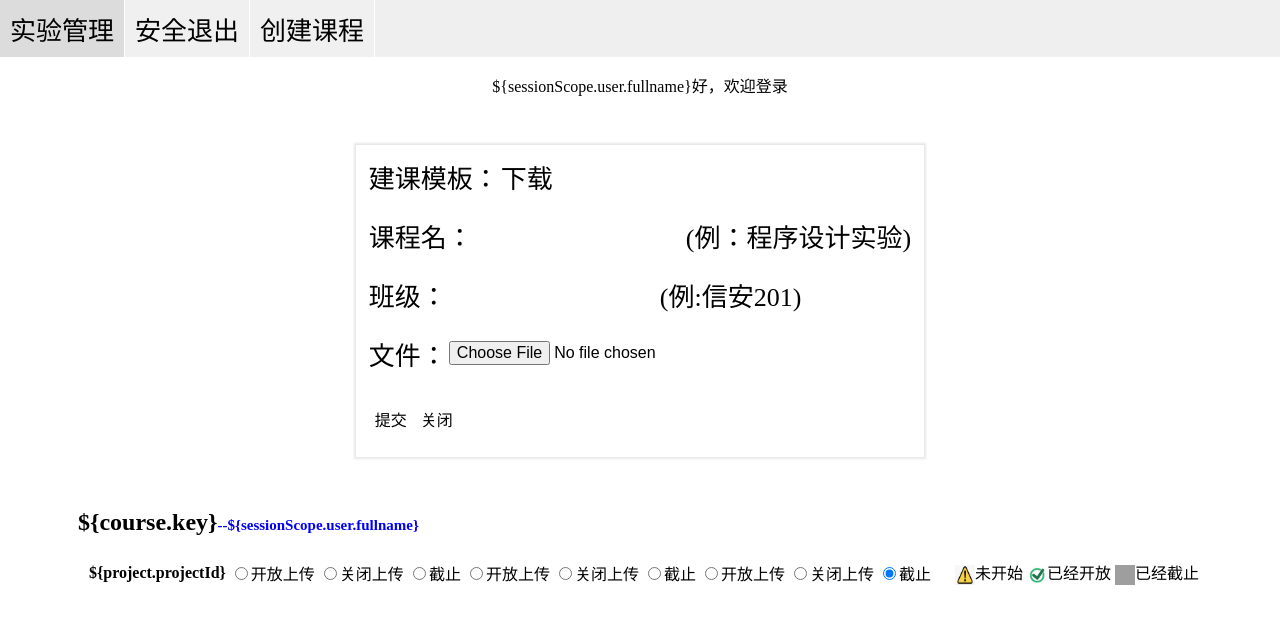
Repository: IAmJiangWenHao/ReportServer
Page: web/demo.html
The author's editor kept a copy of each file at every save. The page is drawn from the files as they stood at one save, then again after the next save.
The browser window is 1280 px wide. The pictures show the whole page.
After loading, the first visible `div[onclick="createCourse()"]` was clicked once.
Pictures or frames that could not be fetched are drawn as grey boxes.

Above is the page before, as saved 2023-05-19 18:25:05.
Console error: ReferenceError: requests is not defined

After the next save:
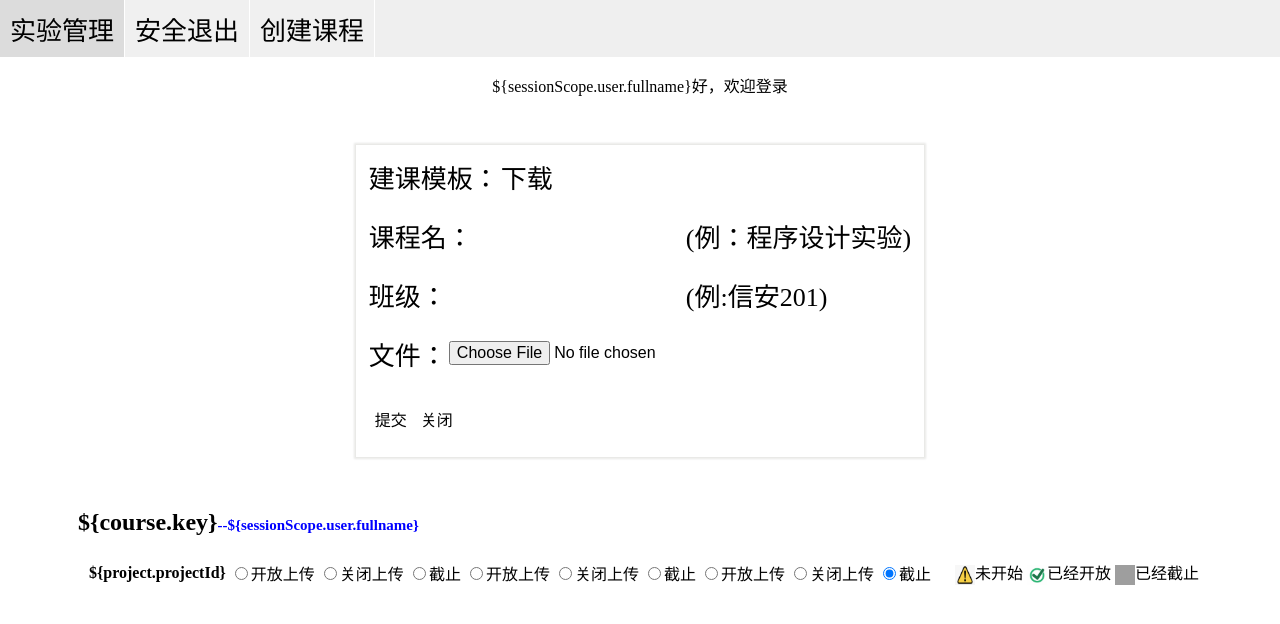
Saved 98 s later.
--- a/web/demo.html
+++ b/web/demo.html
@@ -239,7 +239,7 @@
 
       function createCourse() {
         var createCell = document.getElementById("createCourse");
-        createCell.innerHTML = "<form action=\"../uploadCourseServlet\" enctype=\"multipart/form-data\" method=\"post\" name=\"form1\" onSubmit=\"return Check()\"><table></tr><tr> <td>建课模板：</td><td><a style=\"text-decoration:none;color:black;\" href=\"实验课模板.xlsx\">下载</a></td></tr><tr><td>课程名：</td><td><input style=\" font-size:16px\" type=\"text\" name=\"courseName\" size=\"20\"/>(例：程序设计实验)</td></tr><tr><td>班级：</td><td><input style=\" font-size:16px\" type=\"text\" name=\"className\" size=\"20\"/>(例:信安201)</td></tr><tr> <td>文件：</td><td><input style=\" font-size:16px\" type=\"file\" name=\"file\" size=\"40\" id=\"fup\" onchange=\'fileChange(this,\".xlsx\");\'/></td><tr><td style=\"height:50px;\" align=\"right\" ><input style=\" font-size:16px\" type=\"submit\" value=\"提交\" size='30'/> </td><td align=\"left\"><input style=\" font-size:16px\" type=\"button\" value=\"关闭\" size='30' onclick=\"cls()\"/> </td></tr></table></form>";
+        createCell.innerHTML = "<form action=\"../uploadCourseServlet\" enctype=\"multipart/form-data\" method=\"post\" name=\"form1\" onSubmit=\"return Check()\"><table></tr><tr> <td>建课模板：</td><td><a style=\"text-decoration:none;color:black;\" href=\"实验课模板.xlsx\">下载</a></td></tr><tr><td>课程名：</td><td><input style=\" font-size:16px\" type=\"text\" name=\"courseName\" size=\"20\"/>(例：程序设计实验)</td></tr><tr><td style=\"margin-right: 26px;\">班级：</td><td><input style=\" font-size:16px\" type=\"text\" name=\"className\" size=\"20\"/>(例:信安201)</td></tr><tr> <td>文件：</td><td><input style=\" font-size:16px\" type=\"file\" name=\"file\" size=\"40\" id=\"fup\" onchange=\'fileChange(this,\".xlsx\");\'/></td><tr><td style=\"height:50px;\" align=\"right\" ><input style=\" font-size:16px\" type=\"submit\" value=\"提交\" size='30'/> </td><td align=\"left\"><input style=\" font-size:16px\" type=\"button\" value=\"关闭\" size='30' onclick=\"cls()\"/> </td></tr></table></form>";
       };
               backremove = function(){
            console.log(hhhhh);
